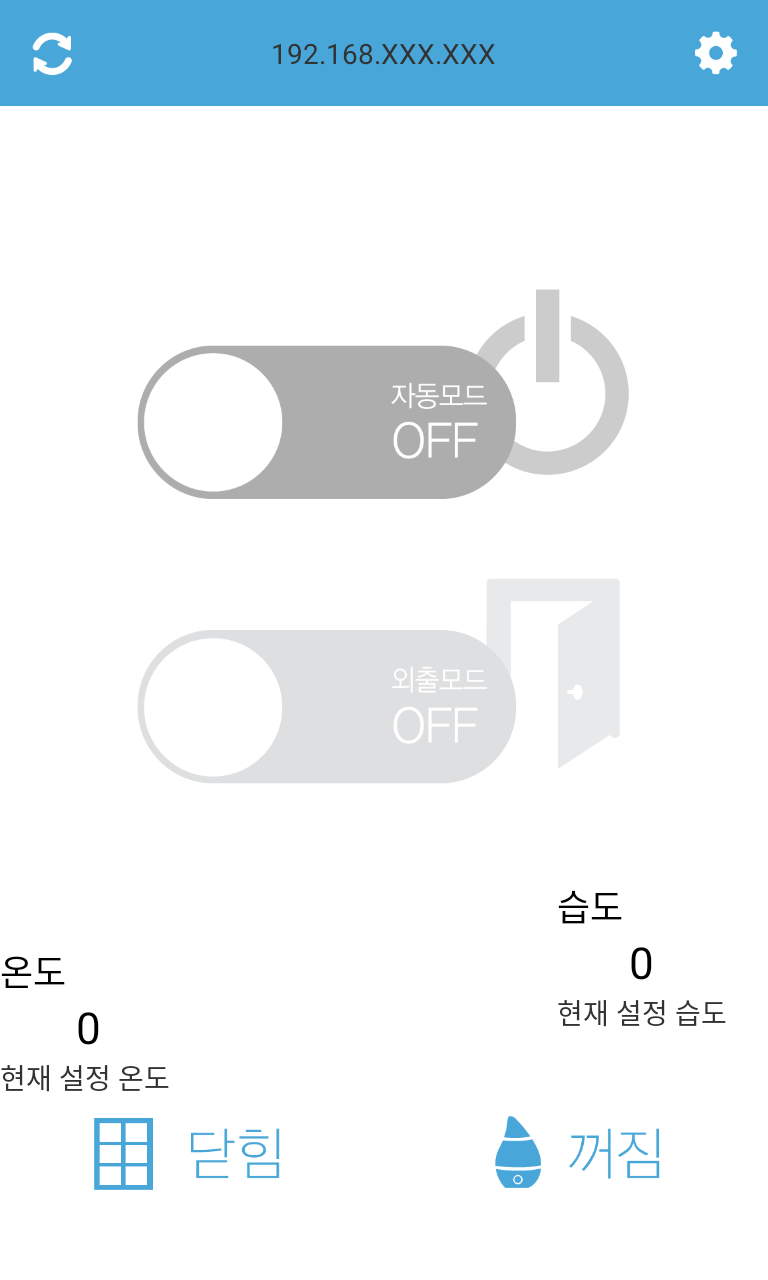
Repository: YeoeunJeong/SinNaYeo
Layout: sny_android/SinNaYeoAndroid/res/layout/activity_sin_na_yeo_main.xml
The author's editor kept a copy of each file at every save. The layout is drawn from the files as they stood at one save, then again after the next save.
It is drawn on a 768 x 1280 px phone screen (xhdpi) without system bars, with theme android:Theme.Holo.Light.NoActionBar; the app's code is not run.

Above is the layout before, as saved 2015-09-24 19:38:51.

After the next save:
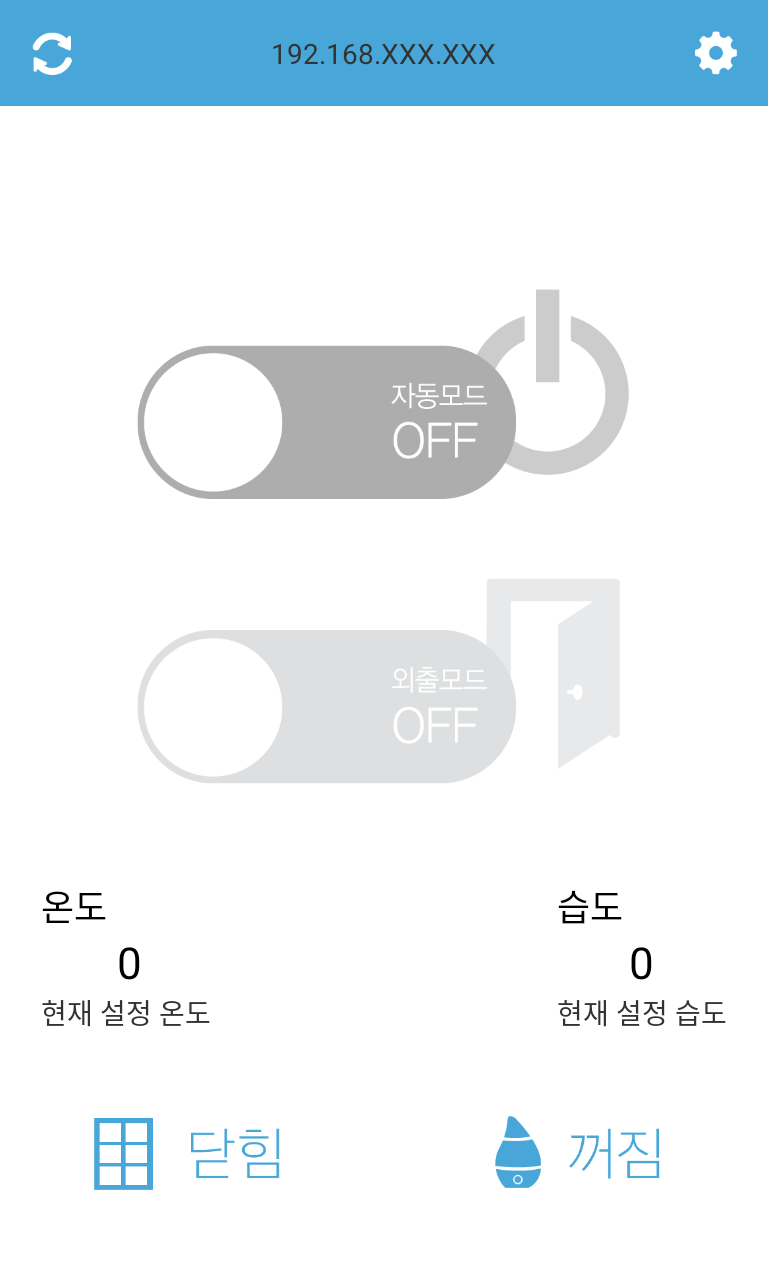
Saved 35 s later.
--- a/sny_android/SinNaYeoAndroid/res/layout/activity_sin_na_yeo_main.xml
+++ b/sny_android/SinNaYeoAndroid/res/layout/activity_sin_na_yeo_main.xml
@@ -105,6 +105,9 @@
             android:layout_width="wrap_content"
             android:layout_height="wrap_content"
             android:layout_above="@id/main_window_btn"
+            android:layout_alignParentLeft="true"
+            android:layout_marginBottom="32.33dp"
+            android:layout_marginLeft="20.67dp"
             android:orientation="vertical" >
 
             <TextView
